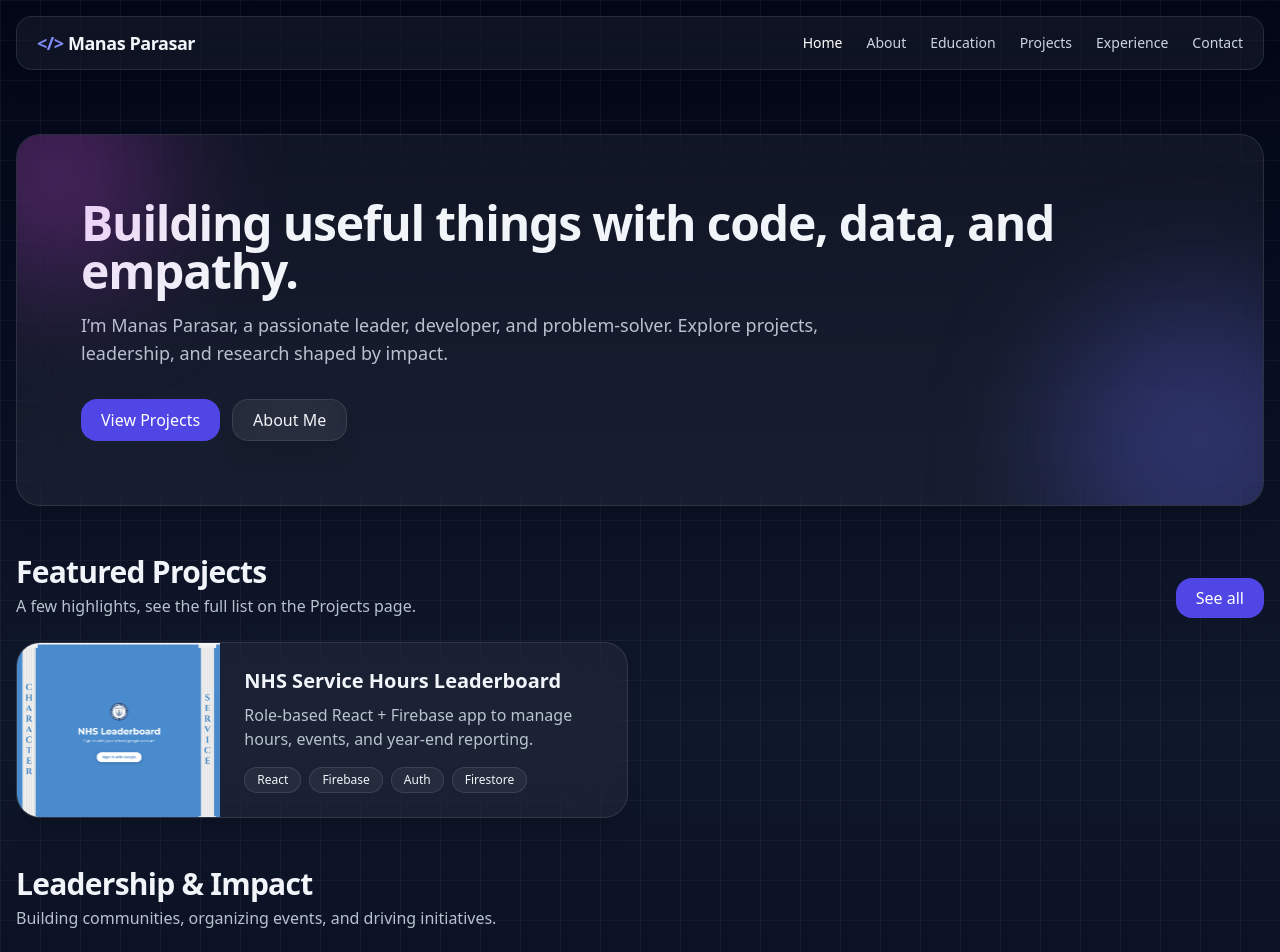
Repository: Manas-Parasar/portfolio-manas-parasar
Page: /
An editor plug-in stored every save of this project. The page is shown before and after the next save, followed by the edit.
The browser window is 1280 px wide. The pictures show the part of the page from y = 0 to 952 px (the page is 1454 px tall).
Pictures or frames that could not be fetched are drawn as grey boxes. The project was rebuilt for these pictures with package versions that can differ from the ones it lists, and the page was loaded fresh each time. Also part of the build but not shown: vite.config.js, src/pages/About.jsx, src/pages/Projects.jsx, src/components/TimelineItem.jsx, src/pages/Experience.jsx, src/pages/Contact.jsx. Imported but missing from the stored project, and not drawn on this page: src/assets/Manas Parasar Resume.pdf.

Above is the page before, as saved 2025-08-23 21:34:07.

After the next save:
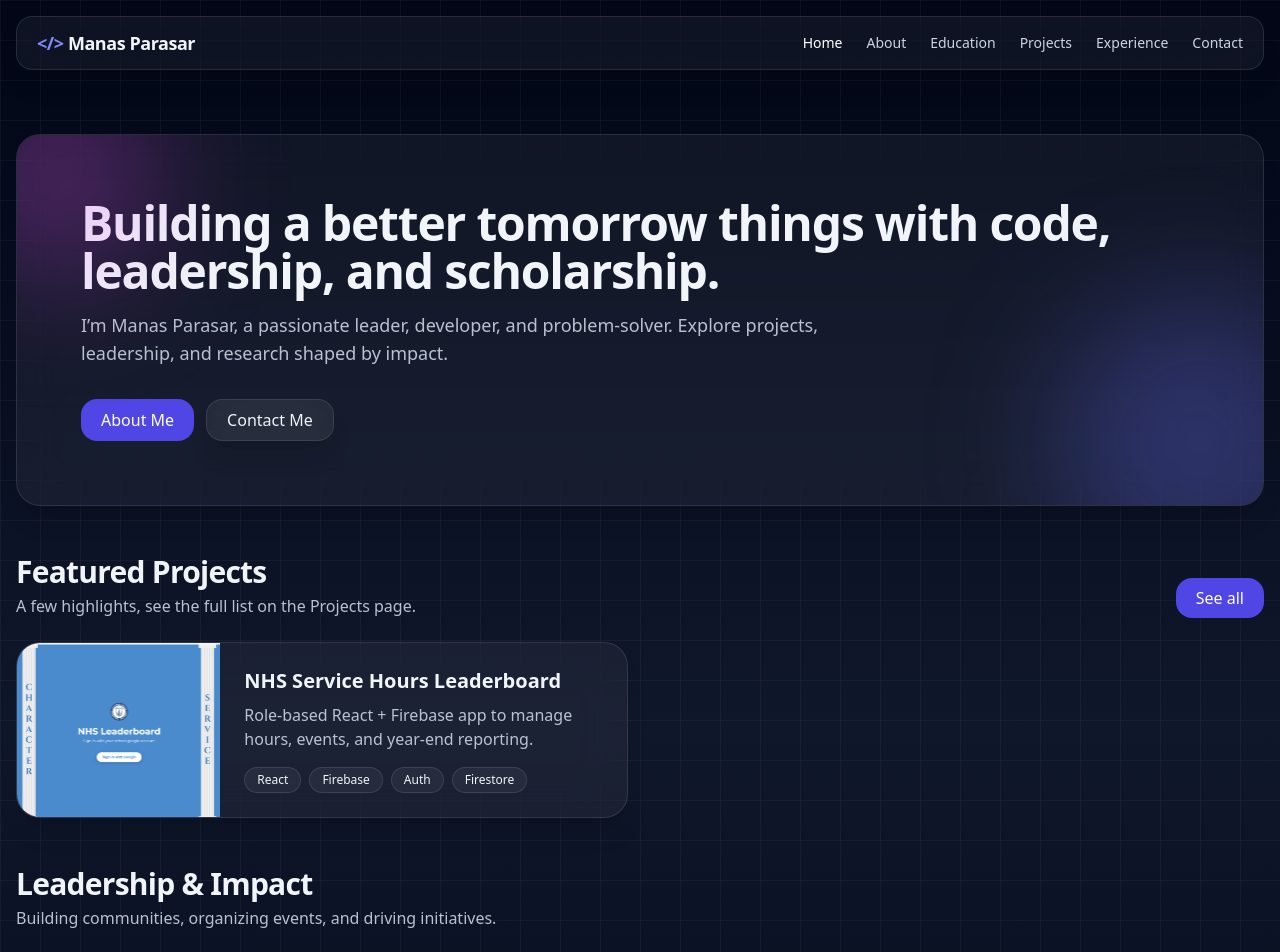
Saved 73 min 36 s later.
--- a/src/components/Hero.jsx
+++ b/src/components/Hero.jsx
@@ -10,7 +10,8 @@ export default function Hero() {
           transition={{ duration: 0.6 }}
           className="headline"
         >
-          Building useful things with code, data, and empathy.
+          Building a better tomorrow things with code, leadership, and
+          scholarship.
         </motion.h1>
         <motion.p
           initial={{ opacity: 0, y: 20 }}
@@ -27,11 +28,11 @@ export default function Hero() {
           transition={{ duration: 0.7, delay: 0.2 }}
           className="mt-8 flex gap-3"
         >
-          <a className="btn-primary" href="/projects">
-            View Projects
+          <a className="btn-primary" href="#/about">
+            About Me
           </a>
-          <a className="btn-ghost" href="/about">
-            About Me
+          <a className="btn-ghost" href="#/contact">
+            Contact Me
           </a>
         </motion.div>
         {/* Decorative blobs */}
